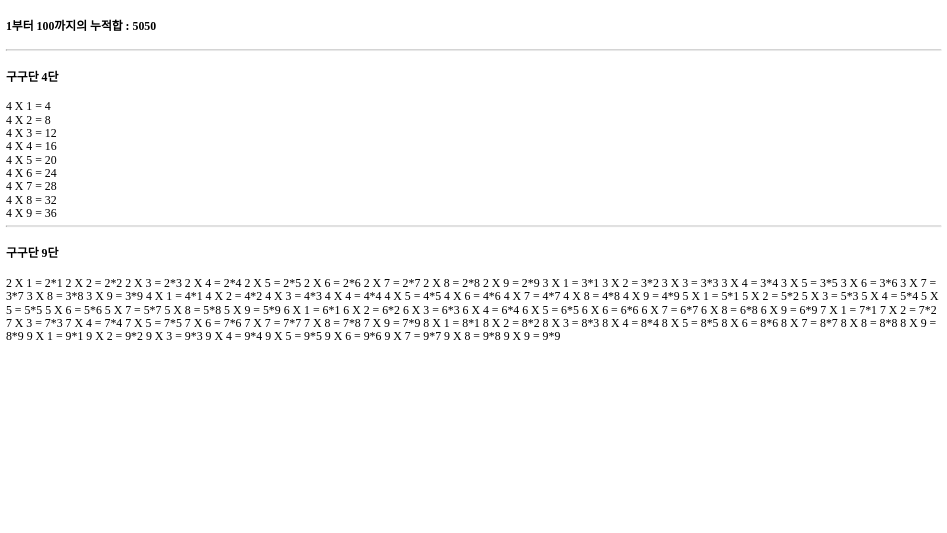
Repository: kitae1995/jsp-pratice
Page: http://localhost/JspBasic/JSTL/jstl_foreach.jsp
The author's editor kept a copy of each file at every save. The page is drawn from the files as they stood at one save, then again after the next save.
The browser window is 1280 px wide. The pictures show the whole page, at 74% of full size.
The page is served by Tomcat 9.

Above is the page before, as saved 2023-09-12 05:55:39.

After the next save:
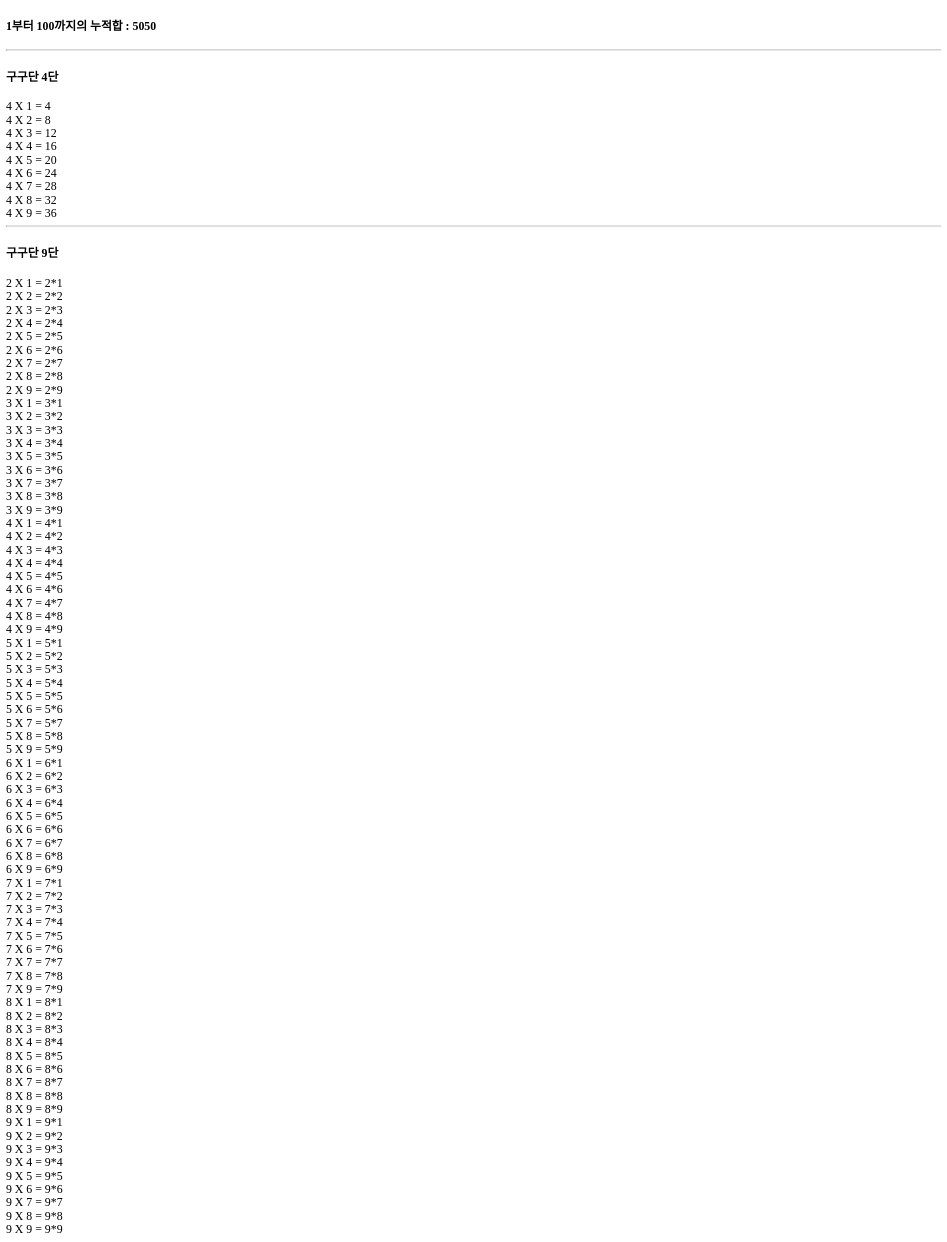
Saved 7 s later.
--- a/JspBasic/src/main/webapp/JSTL/jstl_foreach.jsp
+++ b/JspBasic/src/main/webapp/JSTL/jstl_foreach.jsp
@@ -49,7 +49,7 @@
      <h4>구구단 9단</h4>
      <c:forEach var="dan" begin="2" end="9">
      	<c:forEach var="ban" begin="1" end="9">
-     		${dan} X ${ban } = ${dan}*${ban }
+     		${dan} X ${ban } = ${dan}*${ban} <br>
      	</c:forEach>
      </c:forEach>
 
